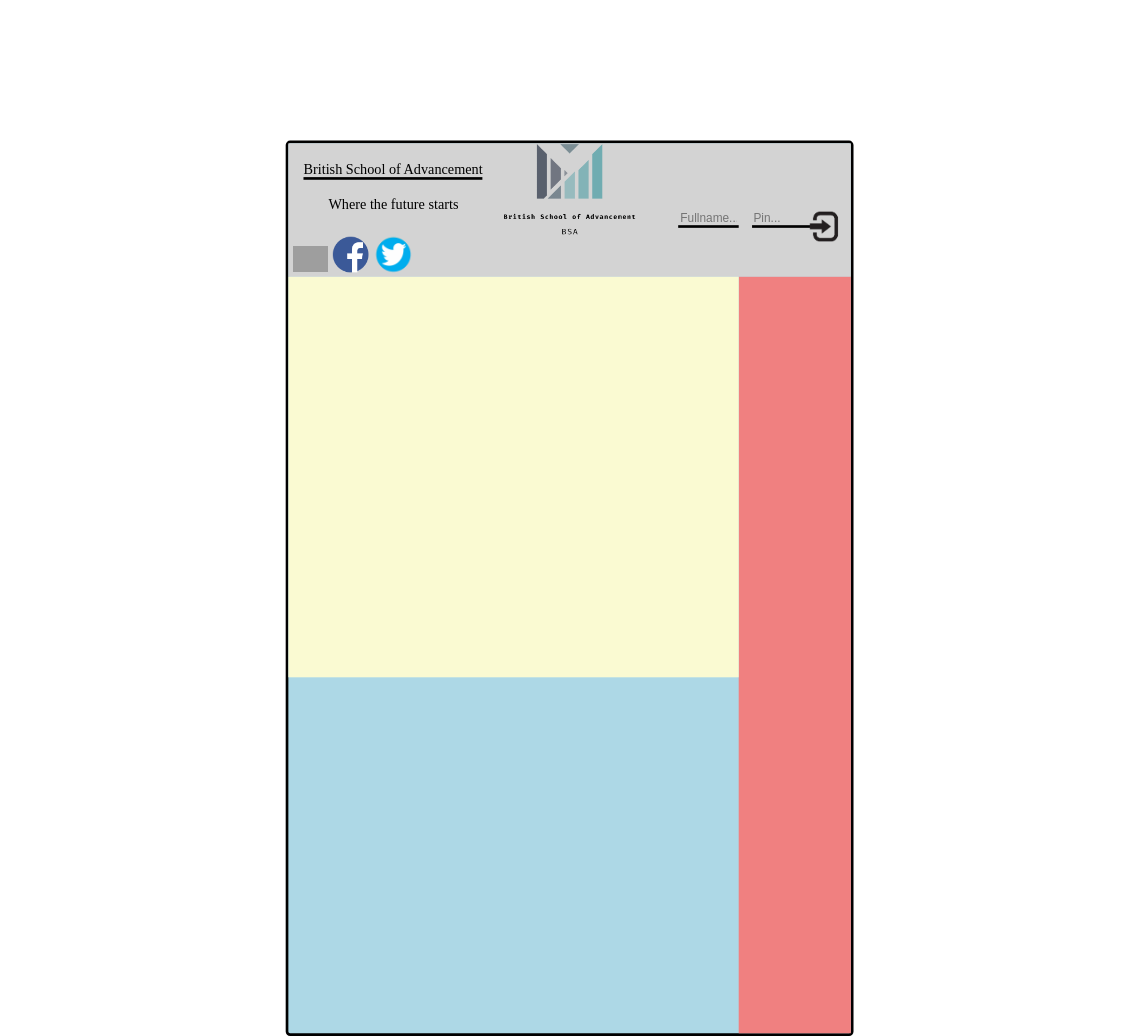
Repository: ghend99/School-app
Page: index.html
The author's editor kept a copy of each file at every save. The page is drawn from the files as they stood at one save, then again after the next save.
The browser window is 1280 px wide. The pictures show the whole page, at 89% of full size.
Pictures or frames that could not be fetched are drawn as grey boxes.

Above is the page before, as saved 2023-03-24 13:34:31.

### index.html
<!DOCTYPE html>
<html lang="en">
  <head>
    <meta charset="UTF-8" />
    <meta http-equiv="X-UA-Compatible" content="IE=edge" />
    <meta name="viewport" content="width=device-width, initial-scale=1.0" />
    <title>Document</title>
    <link rel="stylesheet" href="style.css" />
  </head>
  <body>
    <div id="main-container">
      <!-- Header -->
      <div id="header-container">
        <p class="header-school-name">British School of Advancement</p>
        <p class="header-school-slogan">Where the future starts</p>
        <img
          id="header-socials"
          class="header-linkedin"
          src="images/LinkedIn.png"
        />
        <img
          id="header-socials"
          class="header-facebook"
          src="images/Facebook.png"
        />
        <img
          id="header-socials"
          class="header-twitter"
          src="images/Twitter.png"
        />
        <img class="header-logo" src="images/logo.png" />
        <input
          id="header-login"
          class="header-login-fullname"
          type="text"
          placeholder="Fullname..."
        />
        <input
          id="header-login"
          class="header-login-pin"
          type="number"
          placeholder="Pin..."
        />
        <img class="header-login-button" src="images/login-button.png" />
        <img class="header-login-icon" src="images/login.png" />
      </div>

      <!-- Sidebar -->
      <div id="sidebar-container"></div>
      <div id="sidebar-link"></div>

      <!-- Student Information Container -->
      <div id="student-information-container"></div>

      <!-- Student Management Container -->
      <div id="student-management-container"></div>
    </div>

    <!-- Login Container -->
    <div id="login-container"></div>

    <div id="create-account-container"></div>

    <script src="main.js"></script>
  </body>
</html>

### style.css
#main-container {
  position: relative;
  max-width: 50%;
  min-width: 400px;
  height: 70vh;
  min-height: 1000px;
  top: 150px;
  margin-left: auto;
  margin-right: auto;
  background-color: lightblue;
  border: solid;
  border-radius: 5px;
}

#header-container {
  position: relative;
  width: 100%;
  max-height: 15%;
  min-height: 150px;
  background-color: lightgray;
}

.header-school-name {
  position: absolute;
  top: 20px;
  left: 17px;
  font-size: clamp(1rem, 1vw, 2rem);
  border-bottom: solid;
  margin: 0;
}

.header-school-slogan {
  position: absolute;
  top: clamp(5%, 60px, 80px);

  left: clamp(45px, 5%, 70px);
  font-size: clamp(0.9rem, 1.5vw, 1rem);
  margin: 0;
}

#header-socials {
  position: absolute;
  width: 40px;
  bottom: 5px;
}

.header-linkedin {
  left: 5px;
}

.header-facebook {
  left: clamp(50px, 7%, 60px);
}

.header-twitter {
  left: clamp(98px, 9%, 110px);
}

.header-logo {
  margin-left: auto;
  margin-right: auto;
  display: block;
  width: 150px;
  height: 100%;
}

#header-login {
  position: absolute;
  max-width: 10%;
  min-width: 5%;
  top: 50%;
  margin: 0;
  background-color: transparent;
  text-decoration: none;
  border: none;
  border-bottom: solid;
  outline: none;
}

.header-login-fullname {
  right: 20%;
}

.header-login-pin {
  right: 7%;
}

.header-login-button {
  position: absolute;
  right: 5px;
  width: 50px;
  top: 45%;
}

.header-login-icon {
  display: none;
}
#sidebar-container {
  position: absolute;
  max-width: 30%;
  min-width: 20%;
  height: 85%;
  right: 0;
  flex-direction: column;
  background-color: lightcoral;
}

#sidebar-link #student-information-container {
  position: relative;
  max-width: 80%;
  min-width: 50%;
  height: 40%;
  top: 0;
  background-color: lightgreen;
}

#student-management-container {
  position: relative;
  max-width: 80%;
  min-width: 50%;
  height: 45%;
  bottom: 0;
  background-color: lightgoldenrodyellow;
}

#login-container {
  position: absolute;
  top: 50%;
  left: 50%;
  transform: translate(-50%, -50%);
  max-width: 70%;
  min-width: 400px;
  height: 40vh;
  opacity: 0;
  background-color: aliceblue;
}

#create-account-container {
  position: absolute;
  top: 50%;
  left: 50%;
  transform: translate(-50%, -50%);
  max-width: 70%;
  min-width: 420px;
  height: 50vh;
  opacity: 0;
  background-color: aliceblue;
}

@media screen and (min-width: 0) and (max-width: 1200px) {
  .header-school-slogan {
    top: 50px;
  }

  .header-logo {
    display: none;
  }

  #header-login {
    display: none;
  }

  .header-login-button {
    display: none;
  }

  .header-login-icon {
    position: absolute;
    display: flex;
    right: 5px;
    width: 50px;
    top: 45%;
  }
}

Loaded but not shown: js/main.js (no copy from this time; the picture is the same without it)

After the next save:
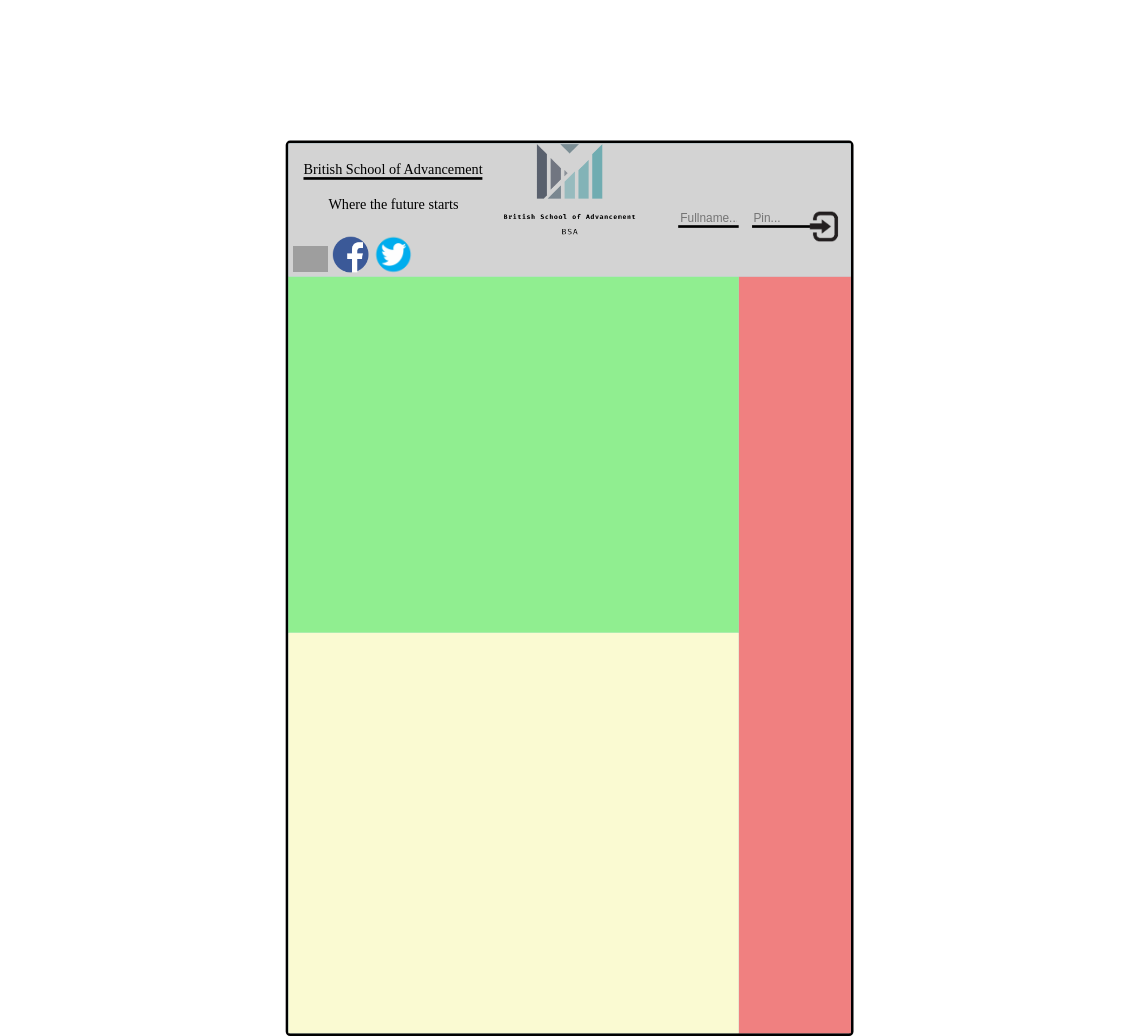
Saved 4 s later.
--- a/style.css
+++ b/style.css
@@ -105,7 +105,10 @@
   background-color: lightcoral;
 }
 
-#sidebar-link #student-information-container {
+#sidebar-link {
+}
+
+#student-information-container {
   position: relative;
   max-width: 80%;
   min-width: 50%;
